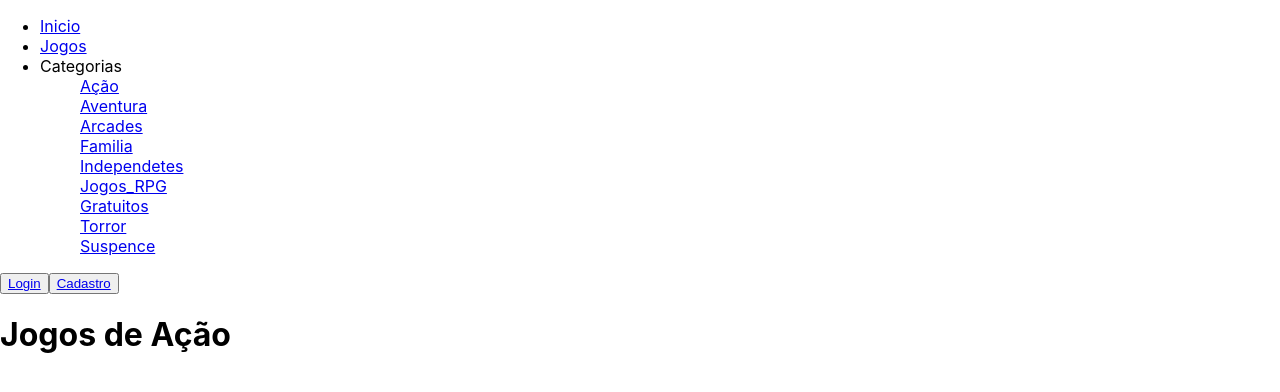
Repository: MarcoantonioCaldeira/Projeto-Go-Gamming
Page: /Acao
These files come from the project's save history. The page is drawn as it stood at one moment and after the next save; the edit follows.
The browser window is 1280 px wide. The pictures show the whole page.
The project was rebuilt for these pictures with package versions that can differ from the ones it lists, and the page was loaded fresh each time. Also part of the build but not shown: src/pages/Inicio/Inicio.js, src/pages/Jogos/Jogos.js, src/pages/Categorias/Aventura.js, src/pages/Categorias/Arcades.js, src/pages/Categorias/Familia.js, src/pages/Categorias/INdependes.js, src/pages/Categorias/Jogos_RPG.js, src/pages/Categorias/Gratuitos.js and 4 more.

Above is the page before, as saved 2023-01-22 13:28:50.

### src/App.js
import ReactDOM from "react-dom/client";
import { BrowserRouter, Routes, Route } from "react-router-dom";

import Menu from "./pages/Menu/Menu";
import Inicio from "./pages/Inicio/Inicio";

//Categorias
import Jogos from "./pages/Jogos/Jogos";
import Acao from "./pages/Categorias/Acao";
import Aventura from "./pages/Categorias/Aventura";
import Arcades from "./pages/Categorias/Arcades";
import Familia from "./pages/Categorias/Familia";
import Independentes from "./pages/Categorias/Independes";
import Jogos_RPG from "./pages/Categorias/Jogos_RPG";
import Gratuitos from "./pages/Categorias/Gratuitos";
import Terror from "./pages/Categorias/Terror";
import Suspence from "./pages/Categorias/Suspence";


import Login from "./pages/Login/Login";
import Cadastro from "./pages/Cadastro/Cadastro";

function App() {
  return (
   <BrowserRouter>
    <Routes>
      <Route path="/" element={<Menu />}>
        <Route path="Inicio" element={<Inicio />}/>
        <Route path="jogos" element={< Jogos />}/>
          <Route path="Acao" element={<Acao />}/>
          <Route path="Aventura" element={<Aventura />}/>
          <Route path="Arcades" element={<Arcades />}/>
          <Route path="Familia" element={<Familia />}/>
          <Route path="Independentes" element={<Independentes />}/>
          <Route path="Jogos_RPG" element={<Jogos_RPG />}/>
          <Route path="Gratuitos" element={<Gratuitos />}/>
          <Route path="Terror" element={<Terror />}/>
          <Route path="Suspence" element={<Suspence />}/>
        <Route path="Login" element={<Login />}/>
        <Route path="Cadastro" element={<Cadastro />}/>
      </Route>
    </Routes>
   </BrowserRouter>
  );
}

const root = ReactDOM.createRoot(document.getElementById('root'))
root.render(<App />);
export default App;

### src/pages/Menu/Menu.js
import { Outlet, Link } from "react-router-dom";
import './estilo.css';


const Menu = () => {
  return (
      <>
        <nav>
          <ul>
            <li>
              <Link to="./Iniicio">Inicio</Link>
            </li>
            <li>
              <Link to="./Jogos">Jogos</Link>
            </li>
            <li>
              <a>Categorias</a>
                <ul><Link to="./Acao">Ação</Link></ul>
                <ul><Link to="./Aventura">Aventura</Link></ul>
                <ul><Link to="./Arcades">Arcades</Link></ul>
                <ul><Link to="./Familia">Familia</Link></ul>
                <ul><Link to="./Independes">Independetes</Link></ul>
                <ul><Link to="./Jogos_RPG">Jogos_RPG</Link></ul>
                <ul><Link to="./Gratuitos">Gratuitos</Link></ul>
                <ul><Link to="./Terror">Torror</Link></ul>
                <ul><Link to="./Suspence">Suspence</Link></ul>
            </li>
          </ul>
          <button><Link to="./Login">Login</Link></button>
          <button><Link to="./Cadastro">Cadastro</Link></button>
        </nav>
        <Outlet />
      </>
  )
};

export default Menu;

### src/pages/Categorias/Acao.js
import Menu from '../Menu/Menu'

const Acao = () => {
    <Menu />
    return <h1>Jogos de Ação</h1>
}

export default Acao;

### src/pages/Menu/estilo.css
nav{
    width: 100%;
}

Loaded but not shown: public/index.html (common file); src/index.js (common file); src/index.css (common file); src/reportWebVitals.js (common file)

After the next save:
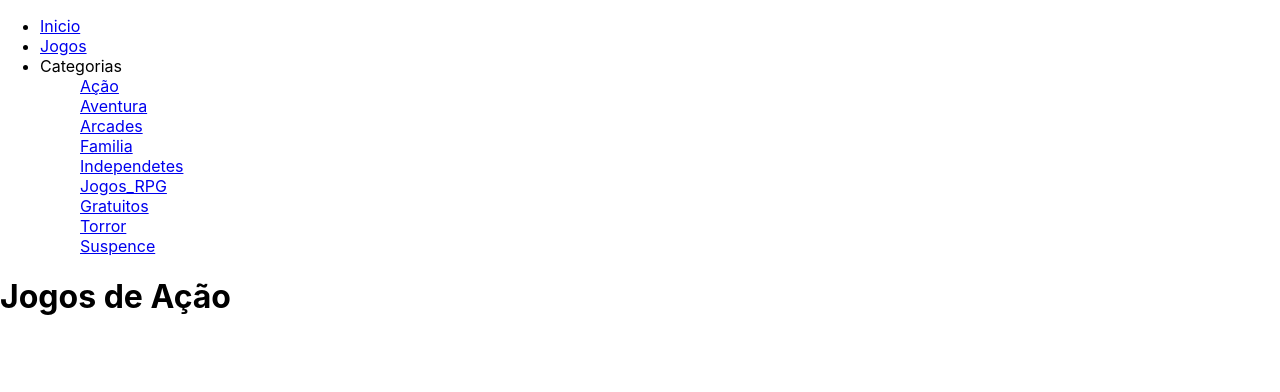
Saved 65 s later.
--- a/src/pages/Menu/Menu.js
+++ b/src/pages/Menu/Menu.js
@@ -26,8 +26,7 @@
                 <ul><Link to="./Suspence">Suspence</Link></ul>
             </li>
           </ul>
-          <button><Link to="./Login">Login</Link></button>
-          <button><Link to="./Cadastro">Cadastro</Link></button>
+
         </nav>
         <Outlet />
       </>

After the save that followed:
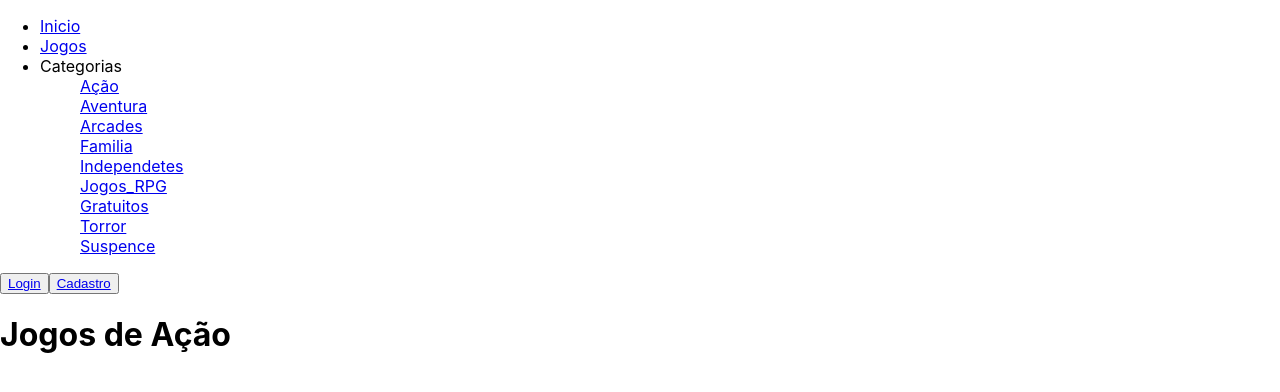
Saved 9 s later.
--- a/src/pages/Menu/Menu.js
+++ b/src/pages/Menu/Menu.js
@@ -26,7 +26,8 @@
                 <ul><Link to="./Suspence">Suspence</Link></ul>
             </li>
           </ul>
-
+          <button><Link to="./Login">Login</Link></button>
+          <button><Link to="./Cadastro">Cadastro</Link></button>
         </nav>
         <Outlet />
       </>
